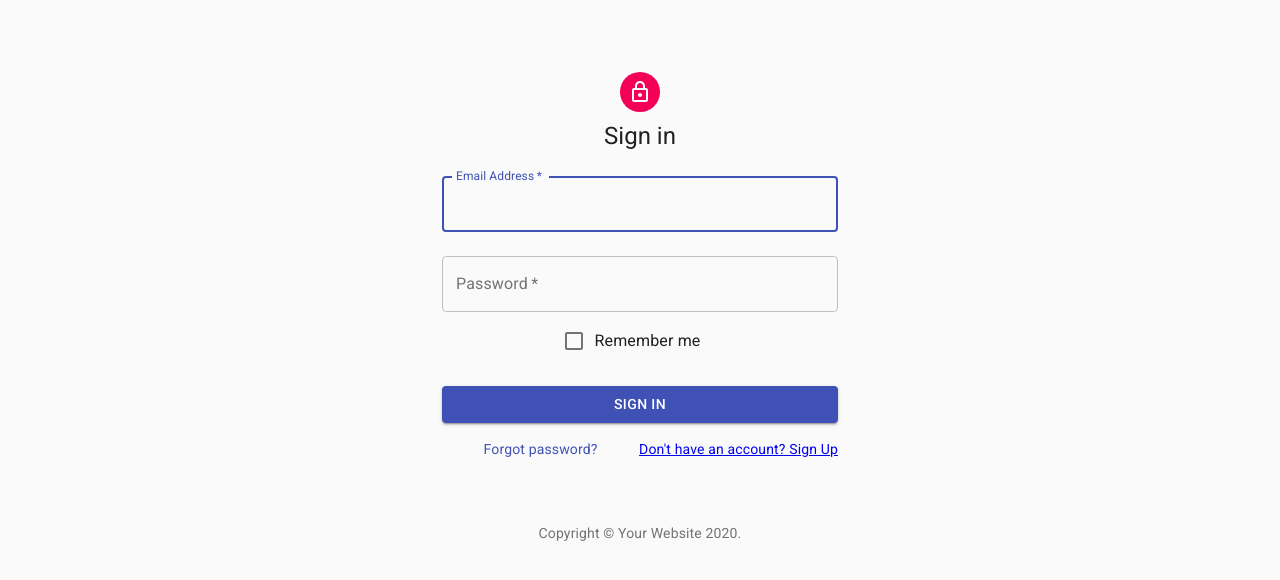
Repository: mk1020/Daily-Bot
Page: /
An editor plug-in stored every save of this project. The page is shown before and after the next save, followed by the edit.
The browser window is 1280 px wide. The pictures show the whole page.
The project was rebuilt for these pictures with package versions that can differ from the ones it lists, and the page was loaded fresh each time. Also part of the build but not shown: src/components/SignUp/SignUp.module.css, src/components/SignUp/SignUp.js, src/App.module.css.

Above is the page before, as saved 2020-03-09 14:40:29.

After the next save:
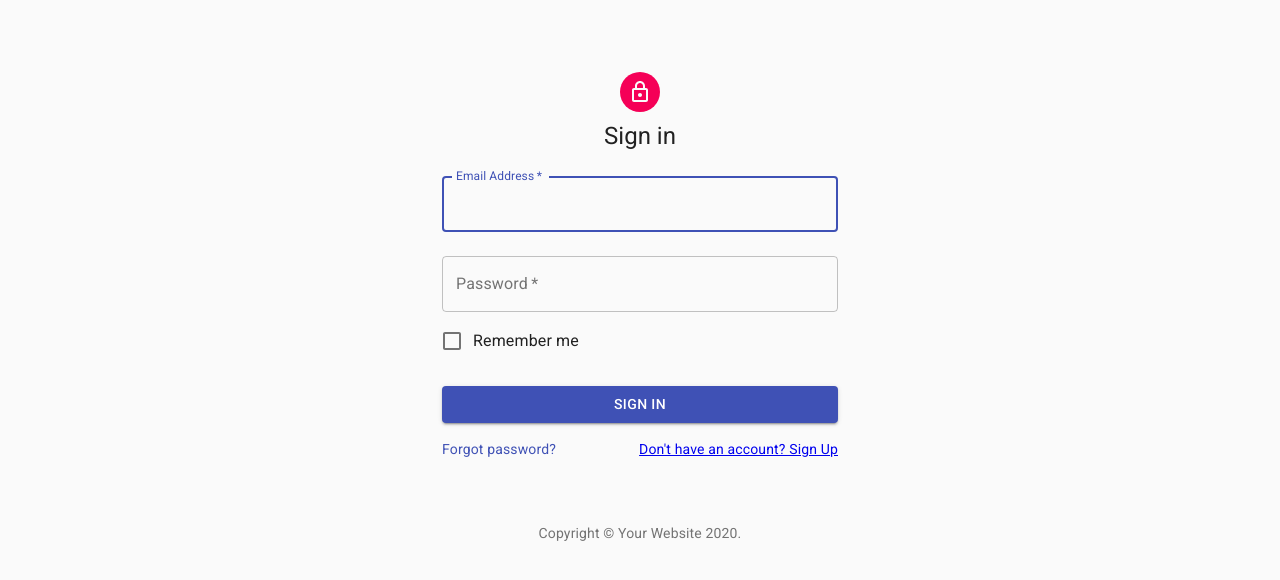
Saved 24 s later.
--- a/src/App.tsx
+++ b/src/App.tsx
@@ -5,7 +5,7 @@ import { getPost } from './graphql/queries';
 import SignIn from './components/SignIn/SignIn';
 import SignUp from './components/SignUp/SignUp';
 import { Route } from 'react-router-dom';
-import './App.css';
+import './App.module.css';
 import {
 	CognitoUserPool,
 	CognitoUserAttribute,
